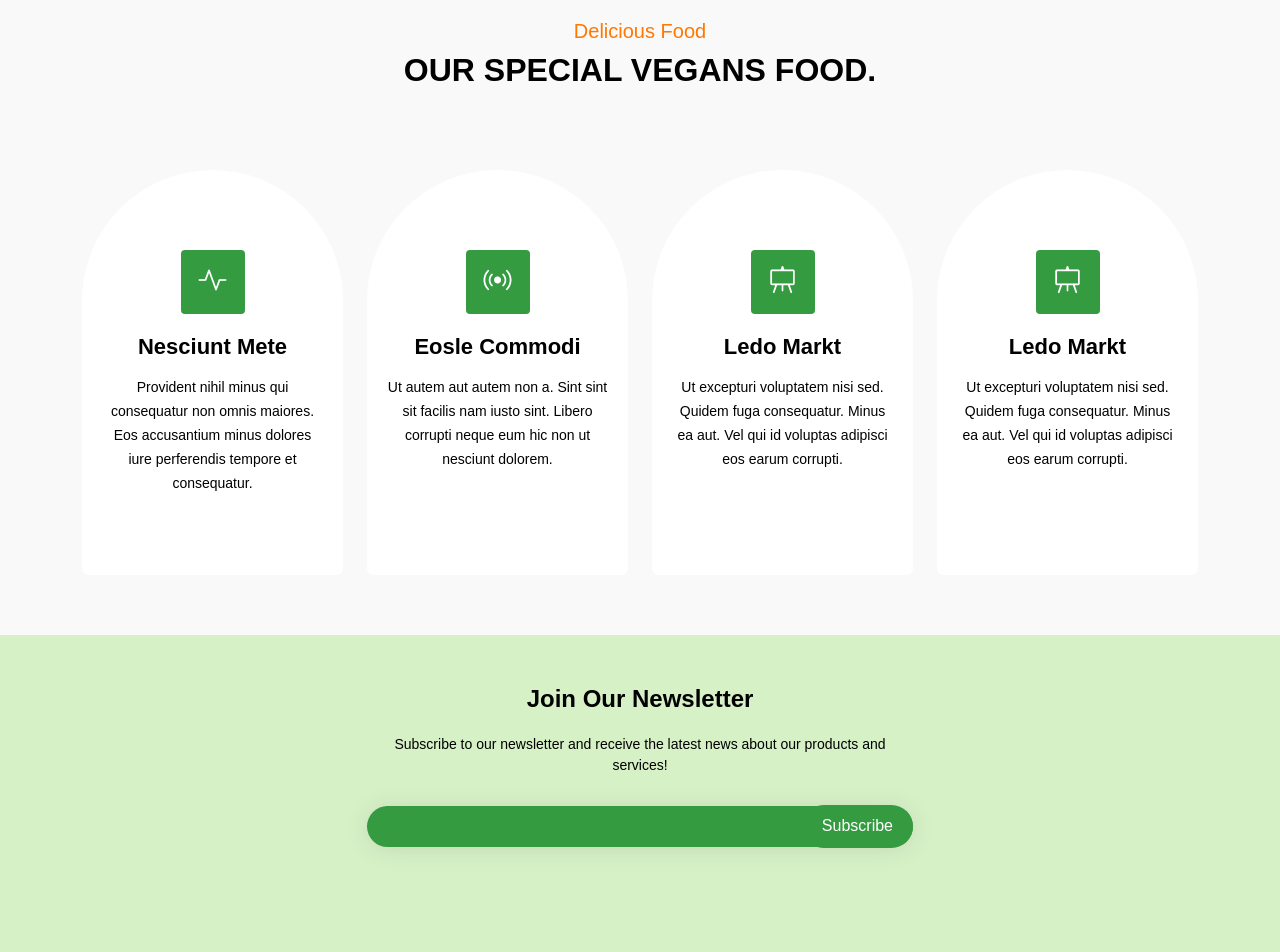
Repository: junivig/volt-new-project
Page: index.html
The author's editor kept a copy of each file at every save. The page is drawn from the files as they stood at one save, then again after the next save.
The browser window is 1280 px wide. The pictures show the part of the page from y = 1874 to 2826 px (the page is 3097 px tall before and 3246 px after).

Above is the page before, as saved 2025-01-29 20:57:58.

After the next save:
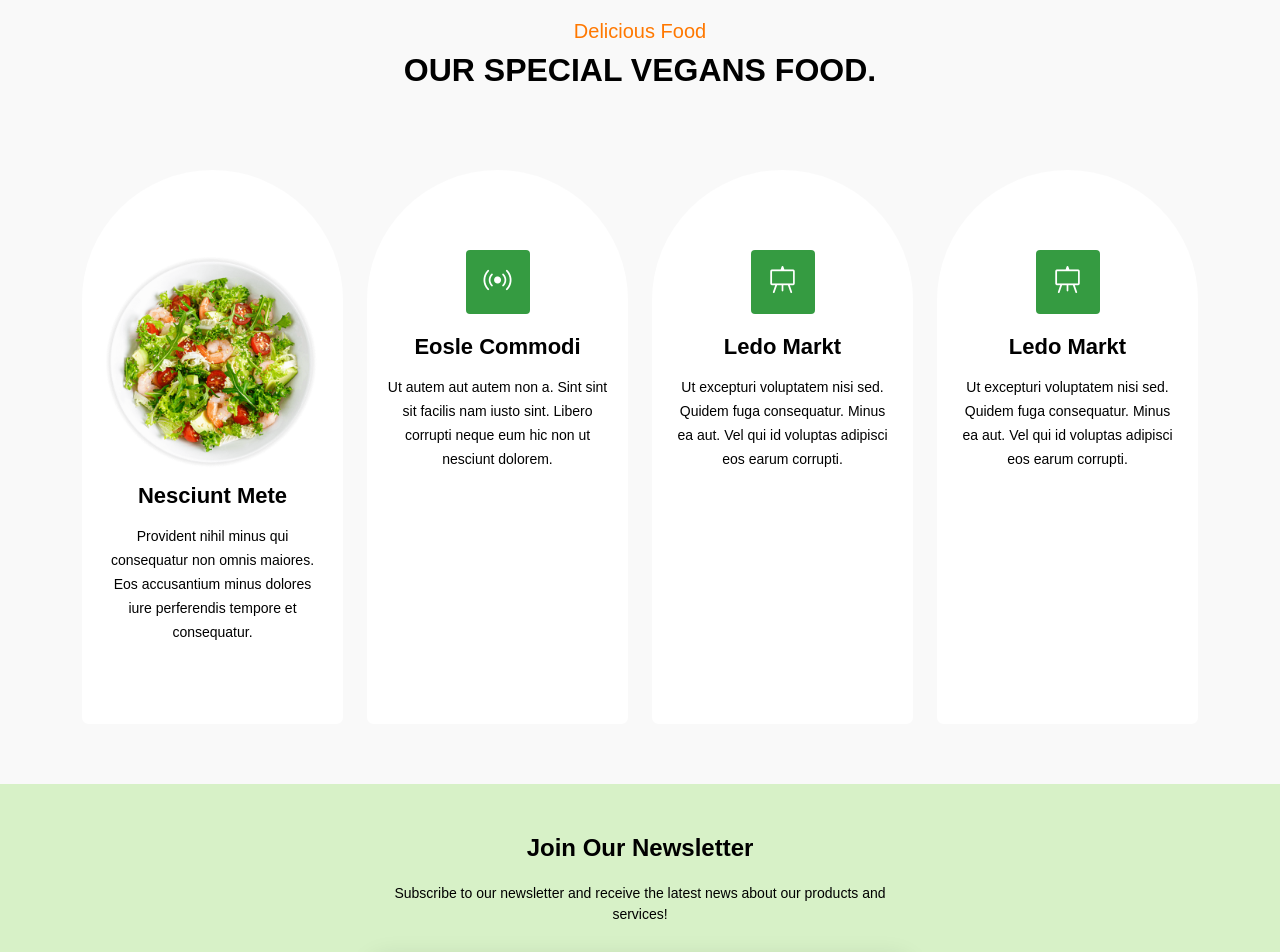
Saved 3 min 24 s later.
--- a/index.html
+++ b/index.html
@@ -328,8 +328,8 @@
             <div class="row gy-4">
               <div class="col-lg-3 col-md-6" data-aos="fade-up" data-aos-delay="100">
                 <div class="service-item position-relative">
-                  <div class="icon">
-                    <i class="bi bi-activity"></i>
+                  <div class="">
+                    <img src="assets/img/menu-one.png" class="img-fluid " alt="">
                   </div>
                   <a href="service-details.html" class="stretched-link">
                     <h3>Nesciunt Mete</h3>
